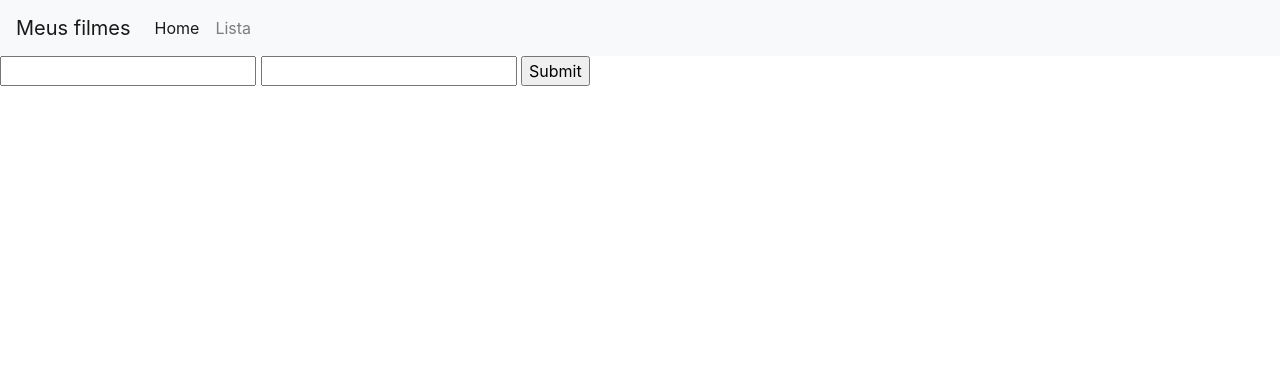
Repository: fernandoblumenau/javaWEB
Page: http://localhost/MeusFilmes/
The author's editor kept a copy of each file at every save. The page is drawn from the files as they stood at one save, then again after the next save.
The browser window is 1280 px wide. The pictures show the whole page.
The page is served by Tomcat 10.

Above is the page before, as saved 2022-03-25 21:42:56.

After the next save:
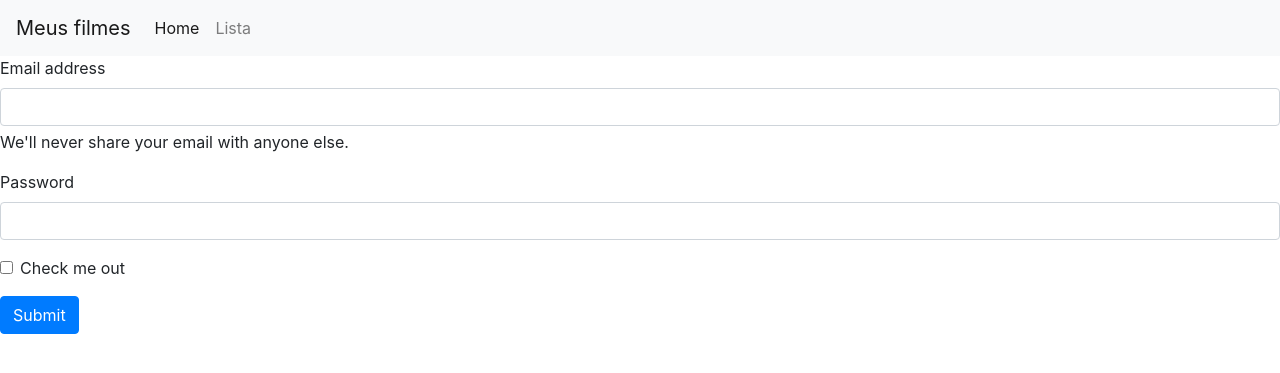
Saved 113 s later.
--- a/MeusFilmes/src/main/webapp/WEB-INF/home.jsp
+++ b/MeusFilmes/src/main/webapp/WEB-INF/home.jsp
@@ -35,13 +35,25 @@
 <script src="https://cdn.jsdelivr.net/npm/jquery@3.5.1/dist/jquery.slim.min.js" integrity="sha384-DfXdz2htPH0lsSSs5nCTpuj/zy4C+OGpamoFVy38MVBnE+IbbVYUew+OrCXaRkfj" crossorigin="anonymous"></script>
 <script src="https://cdn.jsdelivr.net/npm/bootstrap@4.6.1/dist/js/bootstrap.bundle.min.js" integrity="sha384-fQybjgWLrvvRgtW6bFlB7jaZrFsaBXjsOMm/tB9LTS58ONXgqbR9W8oWht/amnpF" crossorigin="anonymous"></script>
 
-<form action="" method="get">
 
-<input type="text" name="nome" class=in-line>
-<input type="text" name="cidade">
+<form>
+  <div class="mb-3">
+    <label for="exampleInputEmail1" class="form-label">Email address</label>
+    <input type="email" class="form-control" id="exampleInputEmail1" aria-describedby="emailHelp">
+    <div id="emailHelp" class="form-text">We'll never share your email with anyone else.</div>
+  </div>
+  <div class="mb-3">
+    <label for="exampleInputPassword1" class="form-label">Password</label>
+    <input type="password" class="form-control" id="exampleInputPassword1">
+  </div>
+  <div class="mb-3 form-check">
+    <input type="checkbox" class="form-check-input" id="exampleCheck1">
+    <label class="form-check-label" for="exampleCheck1">Check me out</label>
+  </div>
+  <button type="submit" class="btn btn-primary">Submit</button>
+</form>
 
-<input type="submit">
-</form>
+
 
 
 </body>
